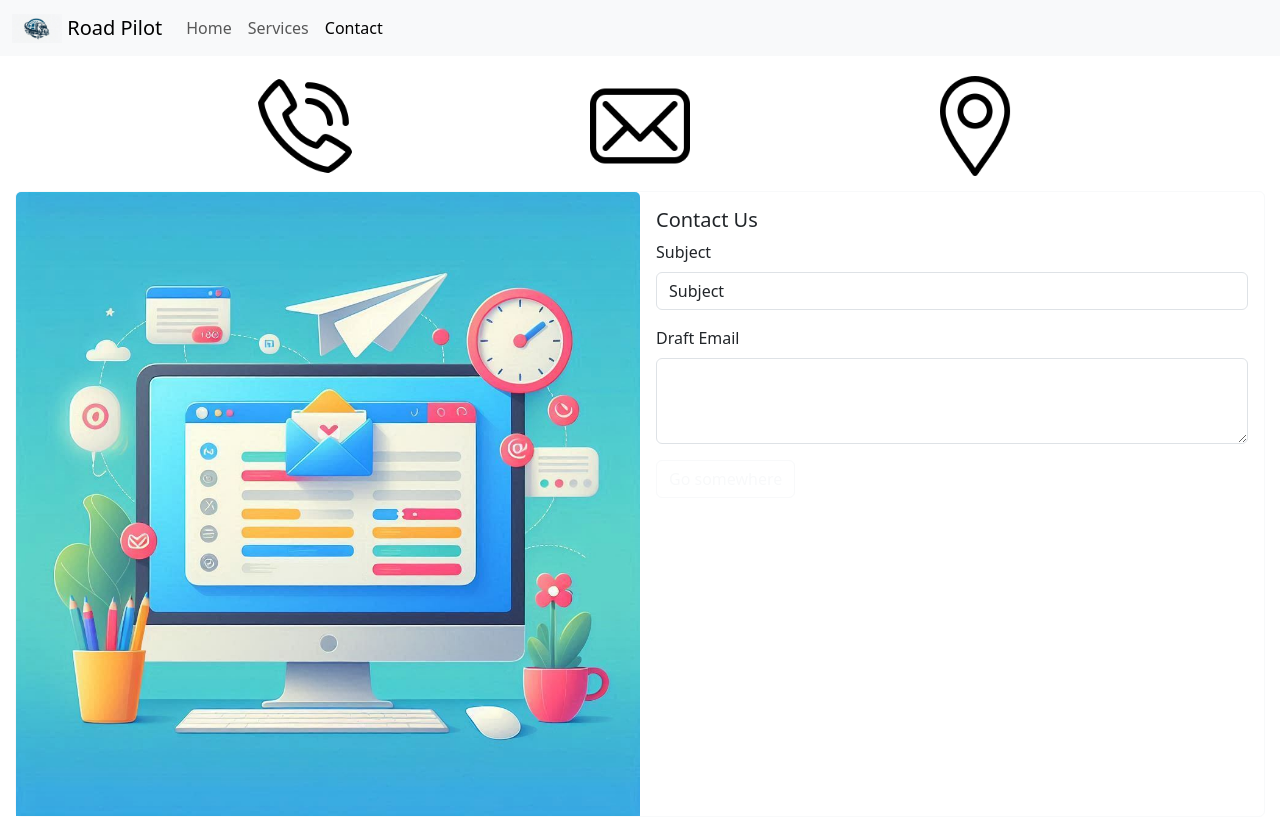
Repository: VictoriousMango/WebCreator
Page: pages/contact.html
The author's editor kept a copy of each file at every save. The page is drawn from the files as they stood at one save, then again after the next save.
The browser window is 1280 px wide. The pictures show the whole page.

Above is the page before, as saved 2024-11-09 13:01:17.

### pages/contact.html
<!DOCTYPE html>
<html lang="en">

<head>
    <meta charset="UTF-8">
    <meta name="viewport" content="width=device-width, initial-scale=1.0">
    <title>Web Creator</title>
    <link href="https://cdn.jsdelivr.net/npm/bootstrap@5.3.3/dist/css/bootstrap.min.css" rel="stylesheet"
        integrity="sha384-QWTKZyjpPEjISv5WaRU9OFeRpok6YctnYmDr5pNlyT2bRjXh0JMhjY6hW+ALEwIH" crossorigin="anonymous">
    <link rel="stylesheet" href="../assets/css/contact.css">
</head>

<body>
    <!-- Navbar -->
    <nav class="navbar navbar-expand-lg bg-body-tertiary">
        <div class="container-fluid">
            <a class="navbar-brand" href="#">
                <img src="../assets/images/Logo.png" alt="Logo" width="50px" class="d-inline-block align-text-top">
                Road Pilot
            </a>
            <button class="navbar-toggler" type="button" data-bs-toggle="collapse" data-bs-target="#navbarNav"
                aria-controls="navbarNav" aria-expanded="false" aria-label="Toggle navigation">
                <span class="navbar-toggler-icon"></span>
            </button>
            <div class="collapse navbar-collapse" id="navbarNav">
                <ul class="navbar-nav">
                    <li class="nav-item">
                        <a class="nav-link" href="../">Home</a>
                    </li>
                    <li class="nav-item">
                        <a class="nav-link" href="./services.html">Services</a>
                    </li>
                    <li class="nav-item">
                        <a class="nav-link active" aria-current="page" href="#">Contact</a>
                    </li>
                </ul>
            </div>
        </div>
    </nav>
    <!-- NavBar -->

    <!-- Contact -->
    <div class="contact">
        <!-- div for icons -->
        <div class="contact__links">
            <!-- phone number -->
            <img class="contact__linksIMG" src="../assets/images/contact__phone.png" alt="">
            <img class="contact__linksIMG" src="../assets/images/contact__email.png" alt="">
            <img class="contact__linksIMG" src="../assets/images/contact__location.png" alt="">
        </div>
        <!-- Dic for Sending Mails -->
        <div class="card border-light">
            <img src="../assets/images/contact__mailUs.png" class="card-img-top" alt="...">
            <div class="card-body">
              <h5 class="card-title">Contact Us</h5>
              <div class="mb-3">
                <label for="subject" class="form-label">Subject</label>
                <input type="text" class="form-control" id="subject" value="Subject">
              </div>
              <div class="mb-3">
                <label for="emailContent" class="form-label">Draft Email</label>
                <textarea class="form-control" id="emailContent" rows="3" value="Hi company!"></textarea>
              </div>
              <a href="#" class="btn btn-outline-light">Go somewhere</a>
            </div>
          </div>
    </div>
    <!-- Contact -->
    <!-- Scripts -->
    <script src="https://cdn.jsdelivr.net/npm/bootstrap@5.3.3/dist/js/bootstrap.bundle.min.js"
        integrity="sha384-YvpcrYf0tY3lHB60NNkmXc5s9fDVZLESaAA55NDzOxhy9GkcIdslK1eN7N6jIeHz"
        crossorigin="anonymous"></script>
    <script src="https://cdn.jsdelivr.net/npm/@popperjs/core@2.11.8/dist/umd/popper.min.js"
        integrity="sha384-I7E8VVD/ismYTF4hNIPjVp/Zjvgyol6VFvRkX/vR+Vc4jQkC+hVqc2pM8ODewa9r"
        crossorigin="anonymous"></script>
    <script src="https://cdn.jsdelivr.net/npm/bootstrap@5.3.3/dist/js/bootstrap.min.js"
        integrity="sha384-0pUGZvbkm6XF6gxjEnlmuGrJXVbNuzT9qBBavbLwCsOGabYfZo0T0to5eqruptLy"
        crossorigin="anonymous"></script>
</body>

</html>

### assets/css/contact.css
.contact {
    padding: 10px;
}

.contact__links {
    display: flex;
    justify-content: space-evenly;
    padding: 10px;
}

.contact__linksIMG {
    width: 100px;
}

.card {
    /* padding: 5px; */
    margin: 5px;
    display: flex;
    flex-direction: row;
    justify-content: flex-start;
}

.card-img-top{
    width: 50%;
}
.card-body {
    width: 50%;
}

After the next save:
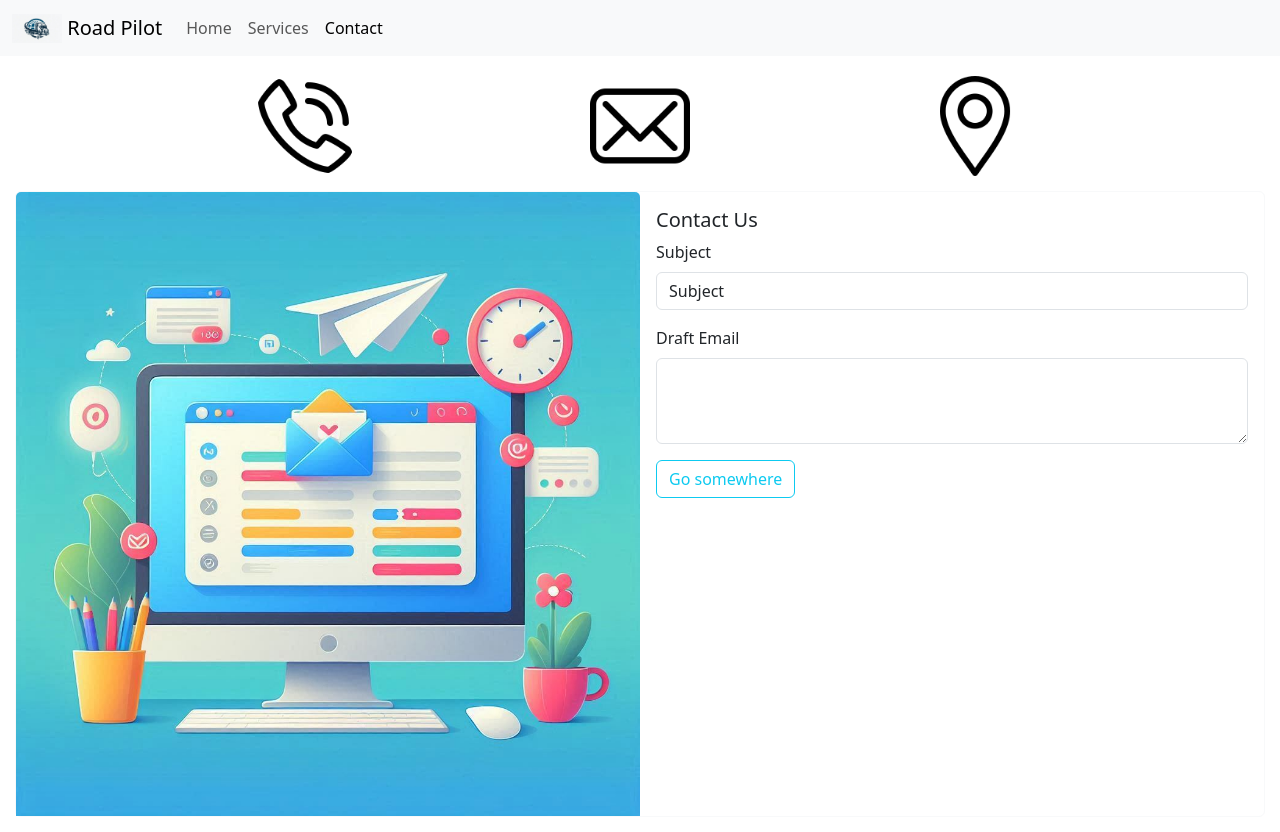
Saved 9 s later.
--- a/pages/contact.html
+++ b/pages/contact.html
@@ -61,7 +61,7 @@
                 <label for="emailContent" class="form-label">Draft Email</label>
                 <textarea class="form-control" id="emailContent" rows="3" value="Hi company!"></textarea>
               </div>
-              <a href="#" class="btn btn-outline-light">Go somewhere</a>
+              <a href="#" class="btn btn-outline-info">Go somewhere</a>
             </div>
           </div>
     </div>
